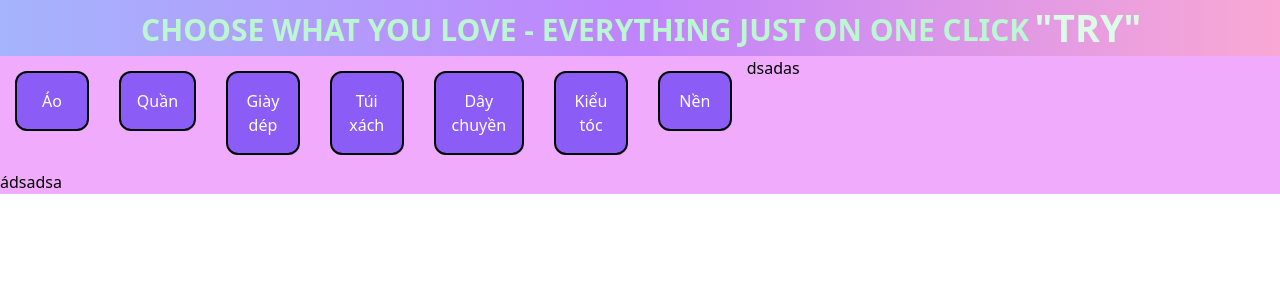
Repository: NguyenVietPhuQuy/ReactJs-TailWind-Redux-FunctionHook-ModelDesign
Page: / (app in modeldesign/)
The author's editor kept a copy of each file at every save. The page is drawn from the files as they stood at one save, then again after the next save.
The browser window is 1280 px wide. The pictures show the whole page.
The project was rebuilt for these pictures with package versions that can differ from the ones it lists, and the page was loaded fresh each time. Also part of the build but not shown: modeldesign/src/App.css.

Above is the page before, as saved 2022-11-17 13:38:56.

After the next save:
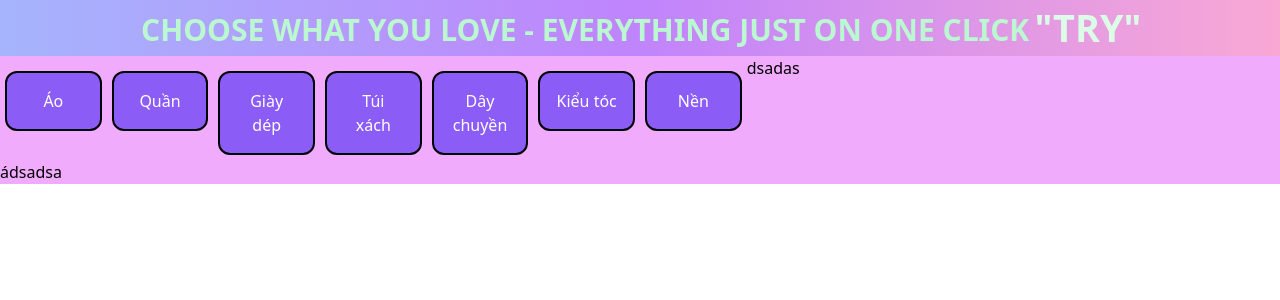
Saved 13 s later.
--- a/modeldesign/src/Components/Category.js
+++ b/modeldesign/src/Components/Category.js
@@ -8,7 +8,7 @@ function Category(props) {
         <div className=" flex flex-row w-full">
             {returnValue.map((item) => {
                 return (
-                    <div className="w-1/2" style={{margin:10, padding:5}}>
+                    <div className="w-1/2" style={{marginTop: 10, padding:5}}>
                         <button className="p-4 w-full rounded-xl text-white
                          bg-violet-500 hover:bg-violet-600 active:bg-violet-700 focus:outline-none"  style={{ border: "2px solid black"}} >{item.showName}</button>
                     </div>
